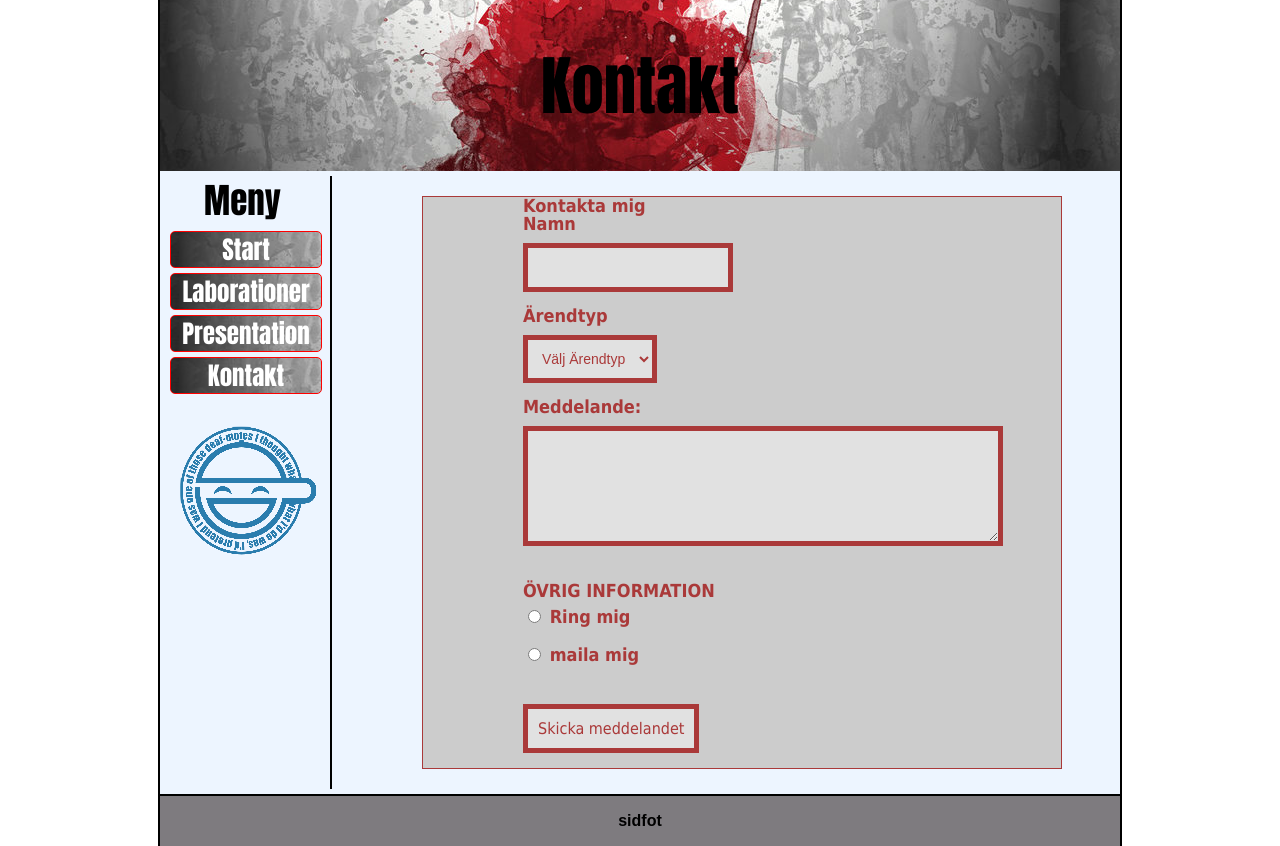
Repository: Marco30/1ik415-laborationer
Page: pages/kontakt.html
The author's editor kept a record of every edit. The page is drawn from the files as they stood at one moment, then again after the next edit.
The browser window is 1280 px wide. The pictures show the whole page.

Above is the page before.

After the next edit:
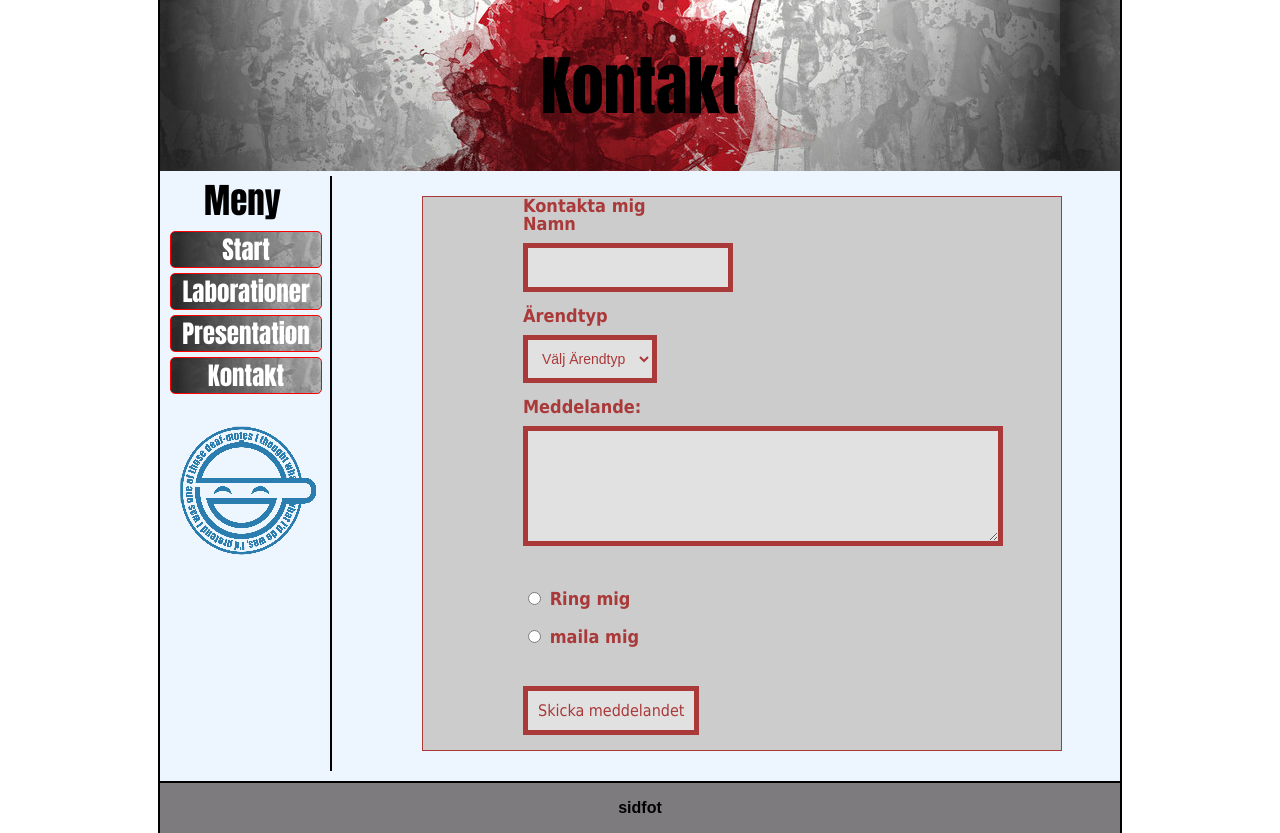
The edit:
--- a/pages/kontakt.html
+++ b/pages/kontakt.html
@@ -90,7 +90,7 @@
 
                 <fieldset style="width: 450px;">
 
-                <legend>ÖVRIG INFORMATION</legend>
+                <!-- rubrik <legend>ÖVRIG INFORMATION</legend>-->
 
                         <input type="radio" name="ring" id="ring" value="ring">
 
